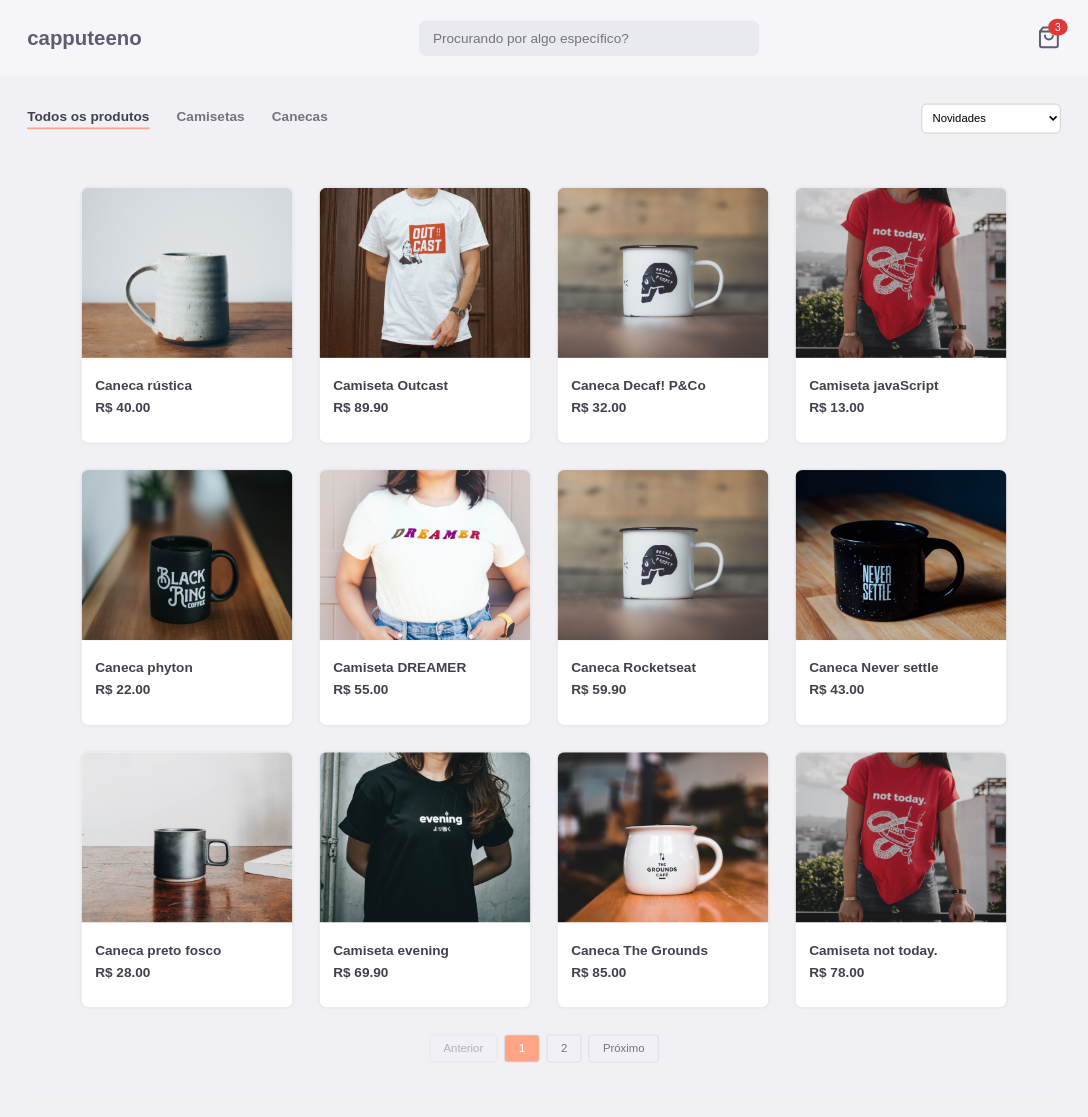
Repository: Biel-barbosa/capputeenoecomerce
Page: /
An editor plug-in stored every save of this project. The page is shown before and after the next save, followed by the edit.
The browser window is 1280 px wide. The pictures show the whole page, at 85% of full size.
The project was rebuilt for these pictures with package versions that can differ from the ones it lists, and the page was loaded fresh each time. The framework's server and built-in components were replaced by stand-ins that run in the browser. Also part of the build but not shown: next.config.ts.

Above is the page before, as saved 2025-04-23 12:11:08.

After the next save:
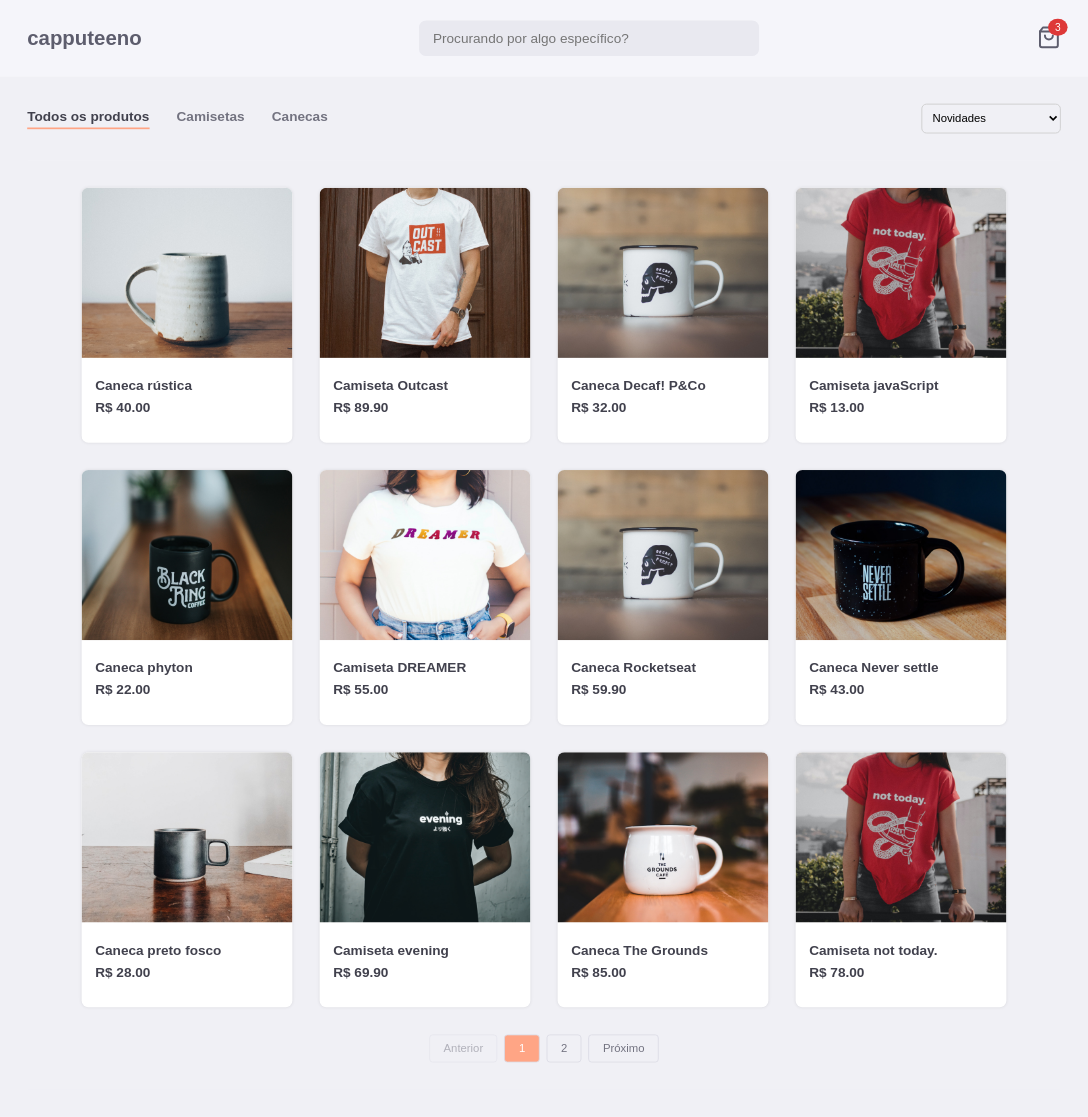
Saved 108 s later.
--- a/src/app/page.tsx
+++ b/src/app/page.tsx
@@ -42,7 +42,7 @@ const Categories = styled.div`
 `
 
 const SortSelect = styled.select`
-  background: #fff;
+  background:#f0f0f5;
   padding: 0.5rem;
   border-radius: 6px;
   border: 1px solid #ccc;
